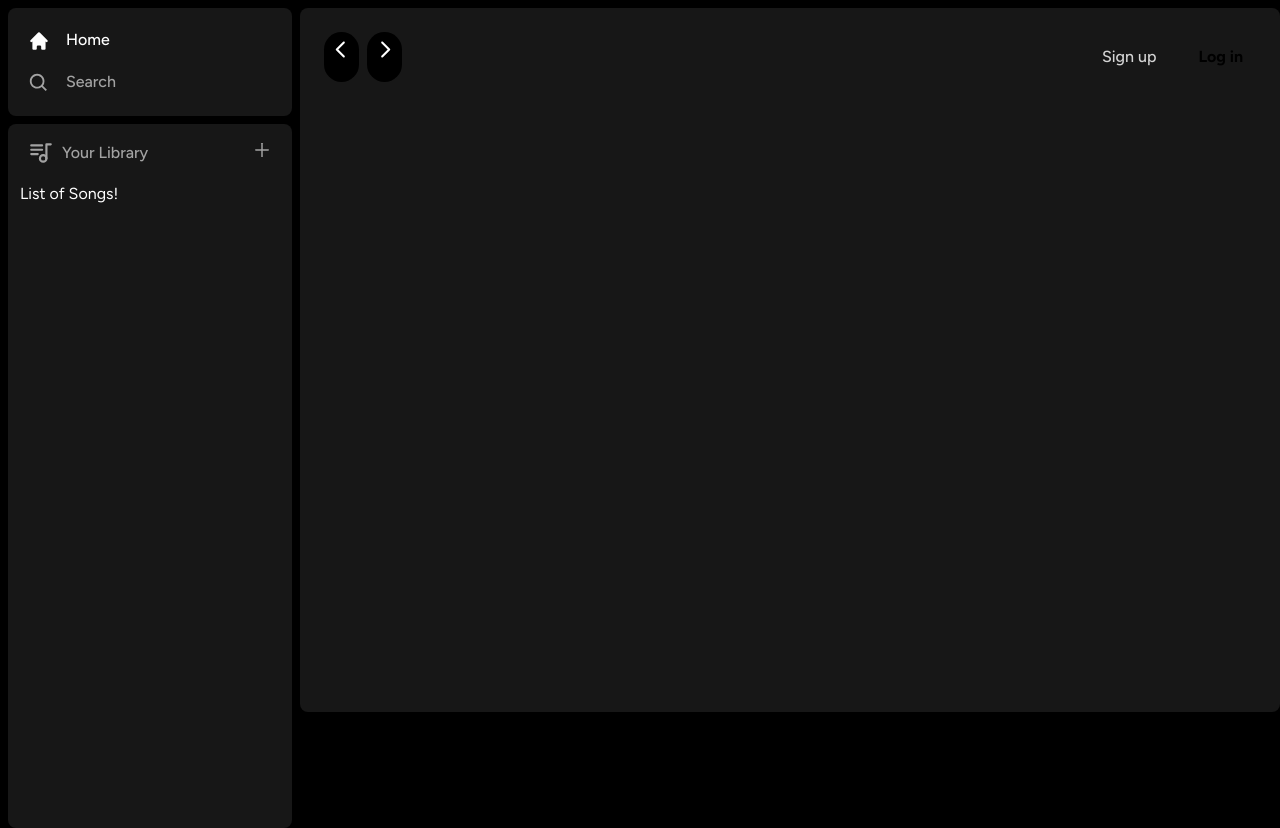
Repository: syni18/Rythum
Page: /
These files come from the project's save history. The page is drawn as it stood at one moment and after a run of saves; the edit follows.
The browser window is 1280 px wide. The pictures show the whole page.
The project was rebuilt for these pictures with package versions that can differ from the ones it lists, and the page was loaded fresh each time. The framework's server and built-in components were replaced by stand-ins that run in the browser. Also part of the build but not shown: next.config.js.

Above is the page before, as saved 2023-11-13 20:52:48.

After the next 3 saves:
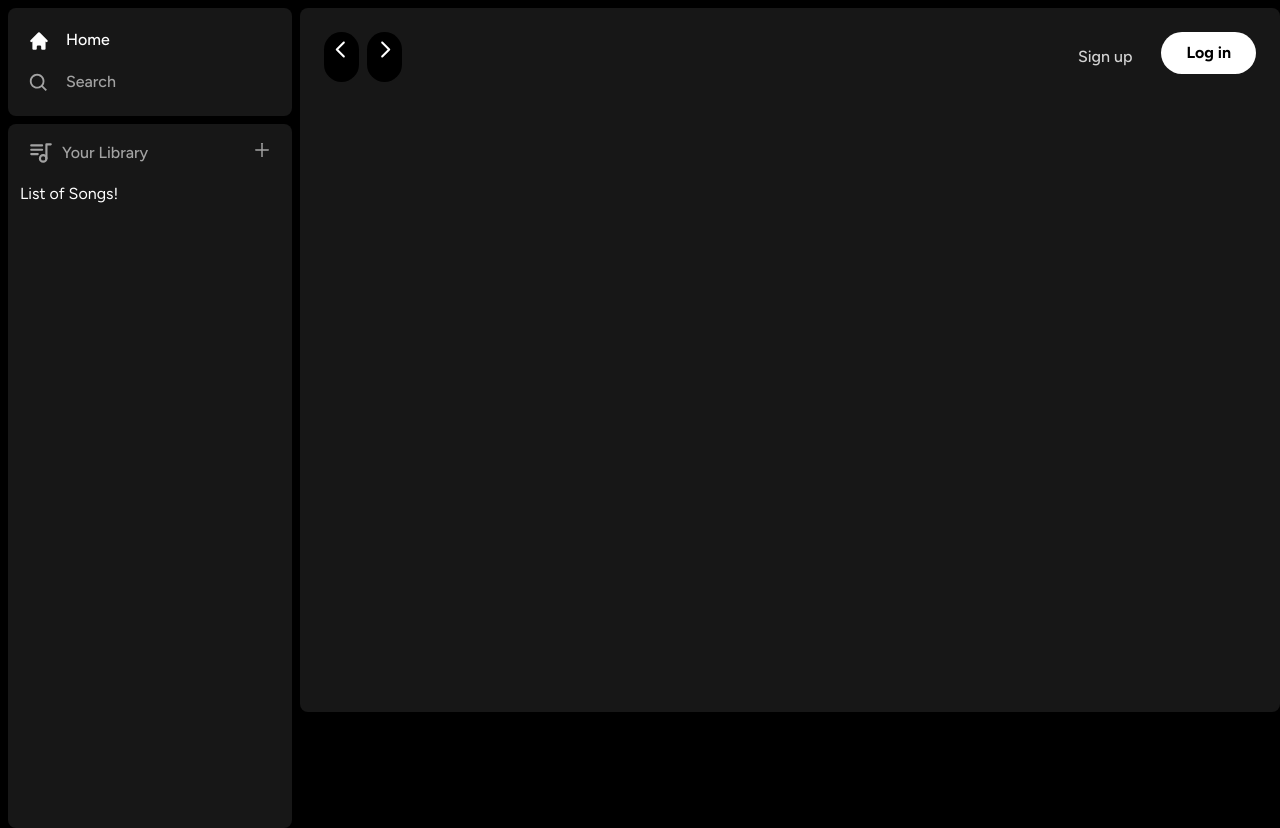
The 3 saves are shown as one change because they came seconds apart.
The last was saved 9 s later.
--- a/components/Header.tsx
+++ b/components/Header.tsx
@@ -104,7 +104,9 @@
                 </div>
                 <div>
                     <Button className="
-                        bg-whi
+                        bg-white
+                        px-6
+                        py-2
                     ">
                         Log in
                     </Button>
